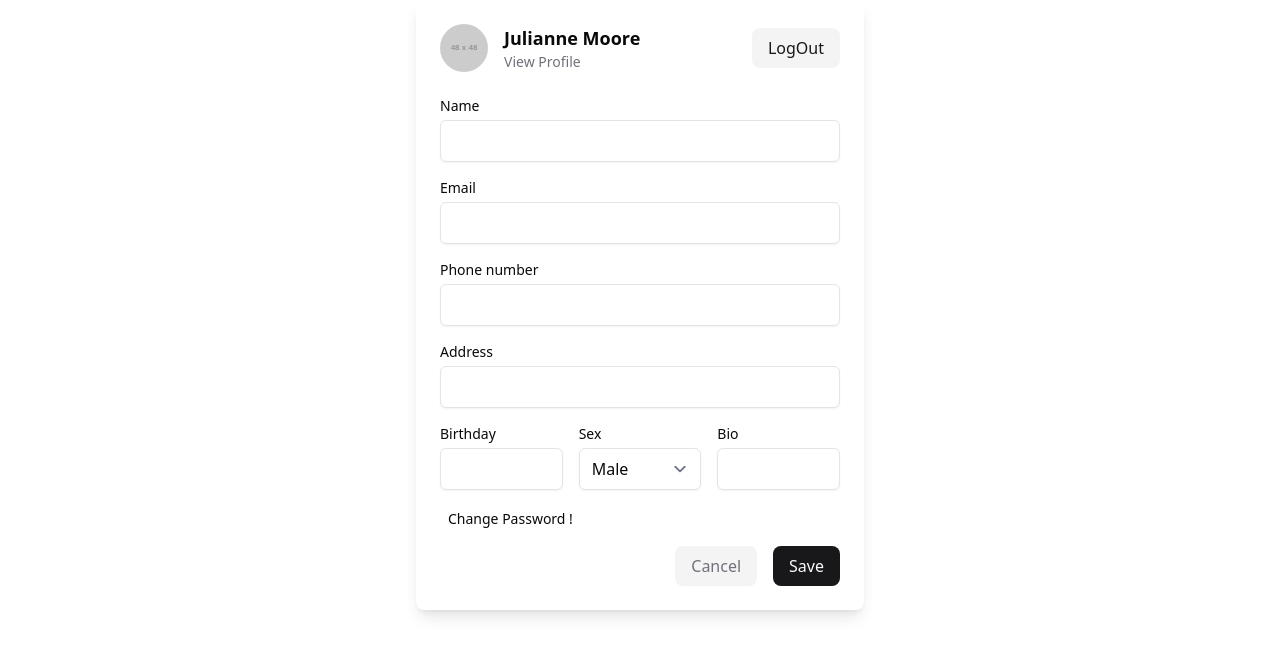
Repository: oafnghh/CassanoSphere
Page: http://localhost/CassanoSphere/setting.jsp
The author's editor kept a copy of each file at every save. The page is drawn from the files as they stood at one save, then again after the next save.
The browser window is 1280 px wide. The pictures show the whole page.
Some web libraries are served in a nearby version. The page is served by Tomcat 9. Other server files are loaded and not shown.

Above is the page before, as saved 2024-07-15 15:16:16.

### CassanoSphere/webapp/setting.jsp
<%@ page language="java" contentType="text/html; charset=ISO-8859-1"
	pageEncoding="ISO-8859-1"%>
<%@ page import="service.ConnectionDB"%>
<%@ page import="model.*"%>
<%
User auth = (User) request.getSession().getAttribute("auth");
if (auth != null) {
	request.setAttribute("auth", auth);
}
%>
<!DOCTYPE html>
<html>
<head>
<%@include file="www/setting/includes/head.jsp"%>
</head>
<body>
	<%@include file="www/setting/includes/main.jsp"%>
</body>
</html>

### CassanoSphere/webapp/www/setting/includes/head.jsp
    <script src="https://cdn.tailwindcss.com?plugins=forms,typography"></script>
		<script src="https://unpkg.com/unlazy@0.11.3/dist/unlazy.with-hashing.iife.js" defer init></script>
		<script type="text/javascript">
			window.tailwind.config = {
				darkMode: ['class'],
				theme: {
					extend: {
						colors: {
							border: 'hsl(var(--border))',
							input: 'hsl(var(--input))',
							ring: 'hsl(var(--ring))',
							background: 'hsl(var(--background))',
							foreground: 'hsl(var(--foreground))',
							primary: {
								DEFAULT: 'hsl(var(--primary))',
								foreground: 'hsl(var(--primary-foreground))'
							},
							secondary: {
								DEFAULT: 'hsl(var(--secondary))',
								foreground: 'hsl(var(--secondary-foreground))'
							},
							destructive: {
								DEFAULT: 'hsl(var(--destructive))',
								foreground: 'hsl(var(--destructive-foreground))'
							},
							muted: {
								DEFAULT: 'hsl(var(--muted))',
								foreground: 'hsl(var(--muted-foreground))'
							},
							accent: {
								DEFAULT: 'hsl(var(--accent))',
								foreground: 'hsl(var(--accent-foreground))'
							},
							popover: {
								DEFAULT: 'hsl(var(--popover))',
								foreground: 'hsl(var(--popover-foreground))'
							},
							card: {
								DEFAULT: 'hsl(var(--card))',
								foreground: 'hsl(var(--card-foreground))'
							},
						},
					}
				}
			}
		</script>
		<style type="text/tailwindcss">
			@layer base {
				:root {
					--background: 0 0% 100%;
--foreground: 240 10% 3.9%;
--card: 0 0% 100%;
--card-foreground: 240 10% 3.9%;
--popover: 0 0% 100%;
--popover-foreground: 240 10% 3.9%;
--primary: 240 5.9% 10%;
--primary-foreground: 0 0% 98%;
--secondary: 240 4.8% 95.9%;
--secondary-foreground: 240 5.9% 10%;
--muted: 240 4.8% 95.9%;
--muted-foreground: 240 3.8% 46.1%;
--accent: 240 4.8% 95.9%;
--accent-foreground: 240 5.9% 10%;
--destructive: 0 84.2% 60.2%;
--destructive-foreground: 0 0% 98%;
--border: 240 5.9% 90%;
--input: 240 5.9% 90%;
--ring: 240 5.9% 10%;
--radius: 0.5rem;
				}
				.dark {
					--background: 240 10% 3.9%;
--foreground: 0 0% 98%;
--card: 240 10% 3.9%;
--card-foreground: 0 0% 98%;
--popover: 240 10% 3.9%;
--popover-foreground: 0 0% 98%;
--primary: 0 0% 98%;
--primary-foreground: 240 5.9% 10%;
--secondary: 240 3.7% 15.9%;
--secondary-foreground: 0 0% 98%;
--muted: 240 3.7% 15.9%;
--muted-foreground: 240 5% 64.9%;
--accent: 240 3.7% 15.9%;
--accent-foreground: 0 0% 98%;
--destructive: 0 62.8% 30.6%;
--destructive-foreground: 0 0% 98%;
--border: 240 3.7% 15.9%;
--input: 240 3.7% 15.9%;
--ring: 240 4.9% 83.9%;
				}
			}
		</style>

### CassanoSphere/webapp/www/setting/includes/main.jsp

<div class="max-w-md mx-auto bg-card p-6 rounded-lg shadow-lg">
	<div class="flex items-center justify-between mb-6">
		<div class="flex items-center">
			<img class="w-12 h-12 rounded-full" src="https://placehold.co/48x48"
				alt="Profile picture" />
			<div class="ml-4">
				<div class="text-lg font-semibold text-foreground">Julianne
					Moore</div>
				<div class="text-sm text-muted-foreground">View Profile</div>
			</div>
		</div>
		<a
			href="logout" class="bg-secondary text-secondary-foreground hover:bg-secondary/80 px-4 py-2 rounded-lg">LogOut</a>
	</div>
	<form>
		<div class="mb-4">
			<label class="block text-sm font-medium text-foreground"
				for="first-name">Name</label> <input
				class="mt-1 block w-full rounded-md border border-input bg-background px-3 py-2 text-foreground shadow-sm focus:border-primary focus:ring focus:ring-primary focus:ring-opacity-50"
				type="text" id="name" />
		</div>

		<div class="mb-4">
			<label class="block text-sm font-medium text-foreground" for="email">Email</label>
			<input
				class="mt-1 block w-full rounded-md border border-input bg-background px-3 py-2 text-foreground shadow-sm focus:border-primary focus:ring focus:ring-primary focus:ring-opacity-50"
				type="email" id="email" readonly="readonly" />
		</div>

		<div class="mb-4">
			<label class="block text-sm font-medium text-foreground"
				for="phone-number">Phone number</label> <input
				class="mt-1 block w-full rounded-md border border-input bg-background px-3 py-2 text-foreground shadow-sm focus:border-primary focus:ring focus:ring-primary focus:ring-opacity-50"
				type="text" id="phone-number" />
		</div>

		<div class="mb-4">
			<label class="block text-sm font-medium text-foreground"
				for="address">Address</label> <input
				class="mt-1 block w-full rounded-md border border-input bg-background px-3 py-2 text-foreground shadow-sm focus:border-primary focus:ring focus:ring-primary focus:ring-opacity-50"
				type="text" id="address" />
		</div>

		<div class="flex space-x-4 mb-4">
			<div class="flex-1">
				<label class="block text-sm font-medium text-foreground" for="city">Birthday</label>
				<input
					class="mt-1 block w-full rounded-md border border-input bg-background px-3 py-2 text-foreground shadow-sm focus:border-primary focus:ring focus:ring-primary focus:ring-opacity-50"
					type="text" id="city" />
			</div>
			<div class="flex-1">
				<label class="block text-sm font-medium text-foreground"
					for="country">Sex</label> <select
					class="mt-1 block w-full rounded-md border border-input bg-background px-3 py-2 text-foreground shadow-sm focus:border-primary focus:ring focus:ring-primary focus:ring-opacity-50"
					id="country">
					<option value="1">Male</option>
					<option value="2">Female</option>
					<option value="3">Other</option>
				</select>
			</div>
			<div class="flex-1">
				<label class="block text-sm font-medium text-foreground" for="zip">Bio</label>
				<input
					class="mt-1 block w-full rounded-md border border-input bg-background px-3 py-2 text-foreground shadow-sm focus:border-primary focus:ring focus:ring-primary focus:ring-opacity-50"
					type="text" id="bio" />
			</div>
		</div>

		<div class="mb-4">
			<label class="inline-flex items-center"><a href="#"
				class="ml-2 text-sm text-foreground">Change Password !</a>
			</label>
		</div>

		<div class="flex justify-end space-x-4">
			<button type="button"
				class="bg-muted text-muted-foreground hover:bg-muted/80 px-4 py-2 rounded-lg">Cancel</button>
			<button type="submit"
				class="bg-primary text-primary-foreground hover:bg-primary/80 px-4 py-2 rounded-lg">Save</button>
		</div>
	</form>
</div>

After the next save:
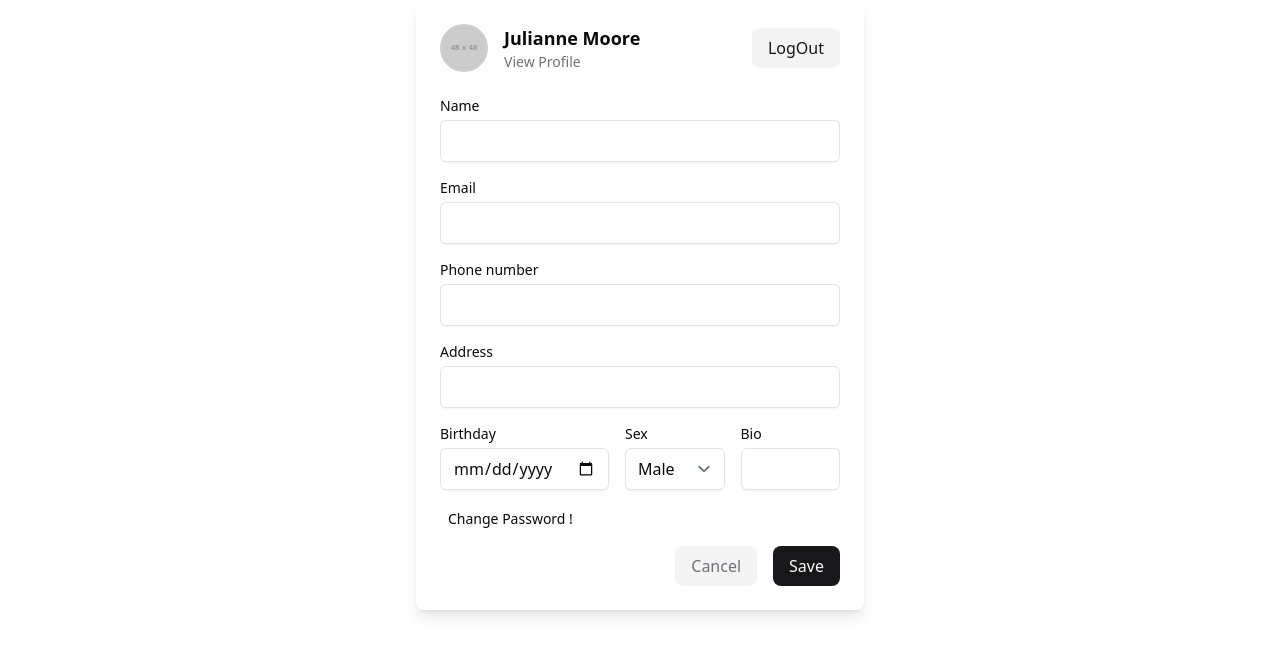
Saved 9 s later.
--- a/CassanoSphere/webapp/www/setting/includes/main.jsp
+++ b/CassanoSphere/webapp/www/setting/includes/main.jsp
@@ -47,7 +47,7 @@
 				<label class="block text-sm font-medium text-foreground" for="city">Birthday</label>
 				<input
 					class="mt-1 block w-full rounded-md border border-input bg-background px-3 py-2 text-foreground shadow-sm focus:border-primary focus:ring focus:ring-primary focus:ring-opacity-50"
-					type="text" id="city" />
+					type="date" id="city" />
 			</div>
 			<div class="flex-1">
 				<label class="block text-sm font-medium text-foreground"
